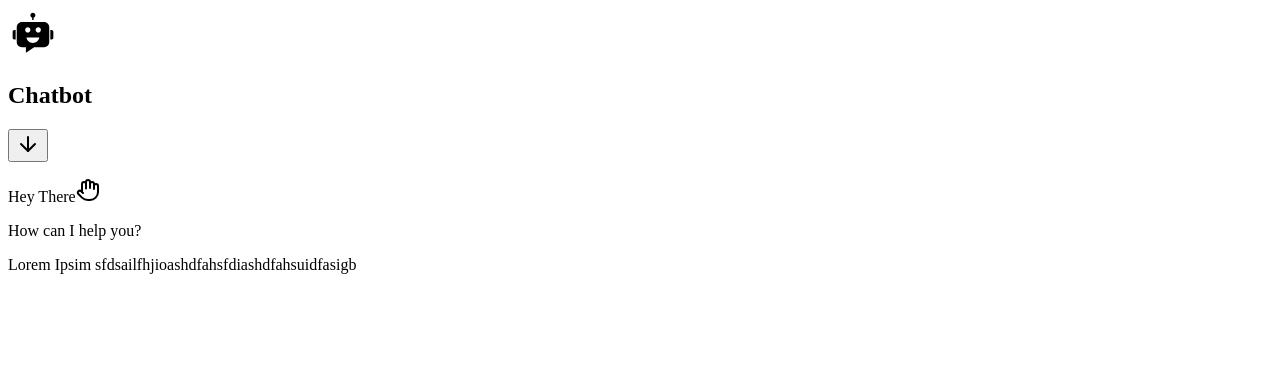
Repository: guilhermecardoso93/ai-bot
Page: /
The author's editor kept a copy of each file at every save. The page is drawn from the files as they stood at one save, then again after the next save.
The browser window is 1280 px wide. The pictures show the whole page.
The project was rebuilt for these pictures with package versions that can differ from the ones it lists, and the page was loaded fresh each time. Also part of the build but not shown: vite.config.js.

Above is the page before, as saved 2024-11-11 20:00:24.

### index.html
<!doctype html>
<html lang="en">
  <head>
    <meta charset="UTF-8" />
    <link rel="icon" type="image/svg+xml" href="/vite.svg" />
    <meta name="viewport" content="width=device-width, initial-scale=1.0" />
    <title>Ai ChatBot</title>
  </head>
  <body>
    <div id="root"></div>
    <script type="module" src="/src/main.jsx"></script>
  </body>
</html>

### src/index.css
:root {

  font-synthesis: none;
  text-rendering: optimizeLegibility;
  -webkit-font-smoothing: antialiased;
  -moz-osx-font-smoothing: grayscale;
}

### src/App.jsx
import { Main } from "./components/Main";

export function App() {
  return (
    <>
      <Main />
    </>
  );
}

### src/components/Main.jsx
import Logo from "../assets/logo.svg";
import Arrow from "../assets/arrow.svg";
import Hand from "../assets/hand.svg";

export function Main() {
  return (
    <div className="chatbot-popup">
      {/* Header */}
      <div className="chat-header">
        <div className="header-info">
          <img src={Logo} alt="" />
          <h2 className="logo-text">Chatbot</h2>
        </div>
        <button className="material-symbols-rounded">
          <img src={Arrow} alt="" />
        </button>
      </div>

      {/* Body */}
      <div className="chat-body">
        <div className="message bot-message">
          <div className="message-text">
            <p className="message-text">
              Hey There
              <img src={Hand} alt="" />
            </p>
            <p>How can I help you?</p>
          </div>
          <div className="message-user">
            <p className="message-text">Lorem Ipsim sfdsailfhjioashdfahsfdiashdfahsuidfasigb</p>
          </div>
        </div>
      </div>
    </div>
  );
}

Loaded but not shown: src/main.jsx (common file)

After the next save:
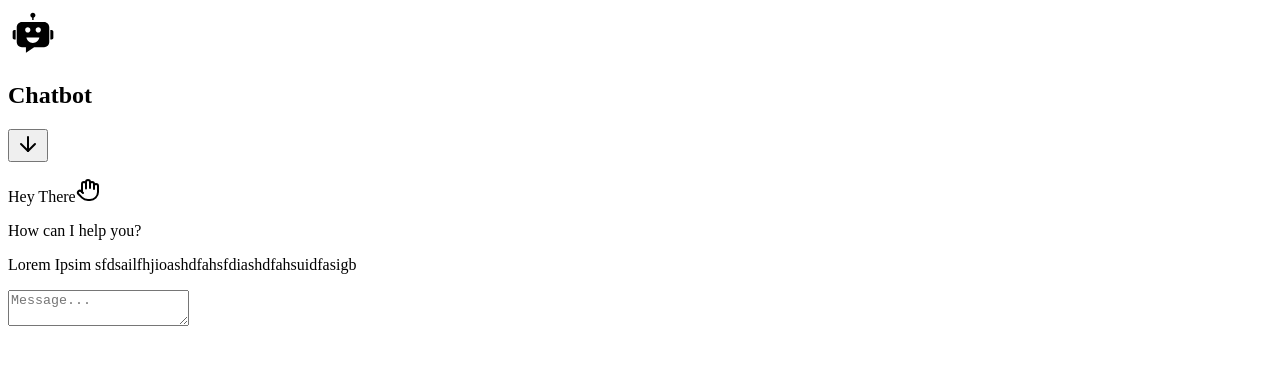
Saved 2 min 18 s later.
--- a/src/components/Main.jsx
+++ b/src/components/Main.jsx
@@ -27,9 +27,18 @@ export function Main() {
             <p>How can I help you?</p>
           </div>
           <div className="message-user">
-            <p className="message-text">Lorem Ipsim sfdsailfhjioashdfahsfdiashdfahsuidfasigb</p>
+            <p className="message-text">
+              Lorem Ipsim sfdsailfhjioashdfahsfdiashdfahsuidfasigb
+            </p>
           </div>
         </div>
+      </div>
+
+      {/* Footer */}
+      <div className="chat-footer">
+        <form action="" className="chat-form">
+          <textarea placeholder="Message..." className="message-input"></textarea>
+        </form>
       </div>
     </div>
   );
